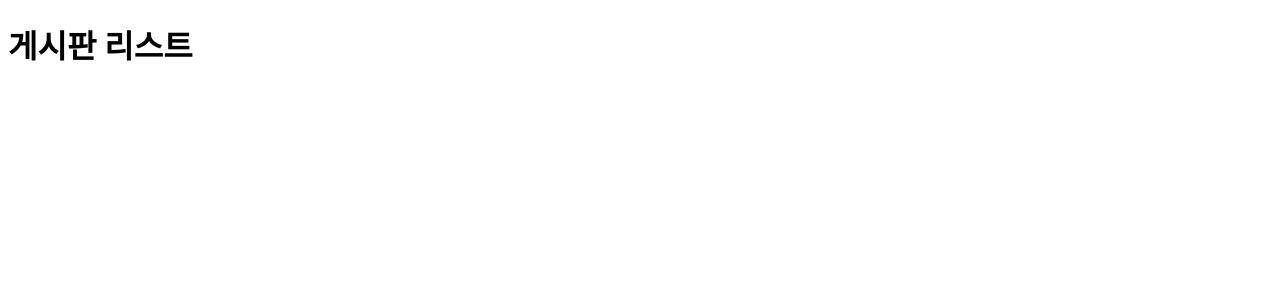
Repository: nsj2204/spring2
Page: http://localhost/ex01/board/list.do
The author's editor kept a copy of each file at every save. The page is drawn from the files as they stood at one save, then again after the next save.
The browser window is 1280 px wide. The pictures show the whole page.
The page is served by Tomcat 9. Other server files are loaded and not shown.

Above is the page before, as saved 2023-04-06 00:54:52.

### ex01/src/main/webapp/WEB-INF/views/board/list.jsp
<%@ page language="java" contentType="text/html; charset=UTF-8"
    pageEncoding="UTF-8"%>
<!DOCTYPE html>
<html>
<head>
<meta charset="UTF-8">
<title>Insert title here</title>
</head>
<body>
<h1>게시판 리스트</h1>
</body>
</html>

After the next save:
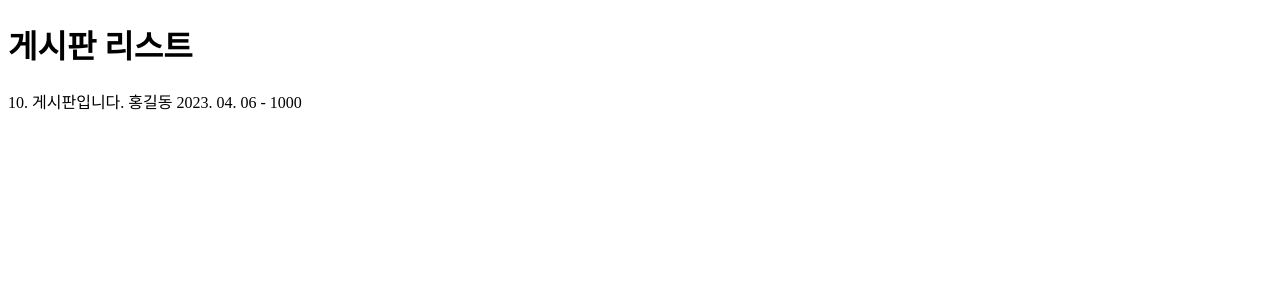
Saved 2 min 32 s later.
--- a/ex01/src/main/webapp/WEB-INF/views/board/list.jsp
+++ b/ex01/src/main/webapp/WEB-INF/views/board/list.jsp
@@ -8,5 +8,6 @@
 </head>
 <body>
 <h1>게시판 리스트</h1>
+<div onclick='location="view.do"'>10. 게시판입니다. 홍길동 2023. 04. 06 - 1000</div>
 </body>
 </html>
